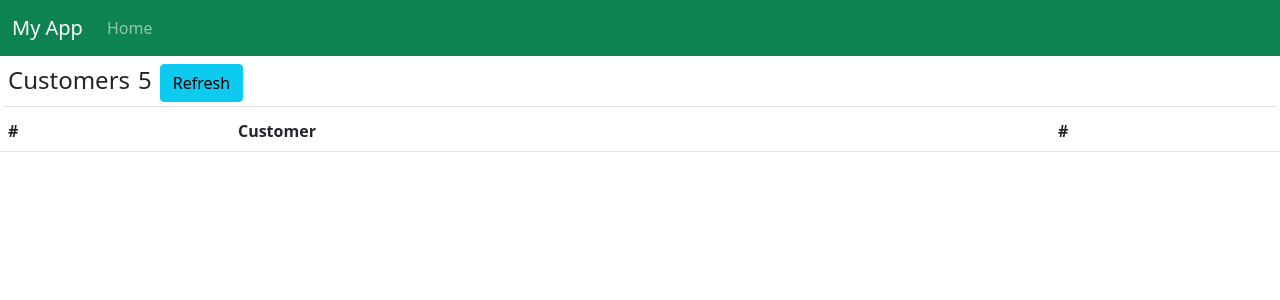
Repository: smit1298/e-commerce
Page: /
These files come from the project's save history. The page is drawn as it stood at one moment and after the next save; the edit follows.
The browser window is 1280 px wide. The pictures show the whole page.
The project was rebuilt for these pictures with package versions that can differ from the ones it lists, and the page was loaded fresh each time.

Above is the page before, as saved 2022-05-10 16:54:57.

### src/index.js
import React from "react";
import ReactDOM from "react-dom";
import "jquery";
import "popper.js/dist/umd/popper";
import "bootstrap/dist/js/bootstrap";
import "bootstrap/dist/css/bootstrap.css";
import "./index.css";
import App from "./App";

ReactDOM.render(<App />, document.getElementById("root"));

### src/index.css
* {
    box-sizing: border-box;
}

.highlight{
    background-color: #80c0b5;
}

.navbar-style{
    background-color: #0c8351 !important;
}

### src/App.jsx
import React, { Component } from "react";
import MainContent from "./MainContent";
import NavBar from "./NavBar";

export default class App extends Component {
  render() {
    return (
      <React.Fragment>
        <NavBar />
        <MainContent />
      </React.Fragment>
    );
  }
}

### src/MainContent.jsx
import React, { Component } from "react";

export default class MainContent extends Component {
  state = {
      pageTitle: "Customers",
       customersCount: 5,
       customers: [
           {id: 1, name:"scot", phone: "123-456"},
           {id: 2, name:"Jones", phone: "789-012"},
           {id: 3, name:"Alen", phone: "345-678"},
           {id: 4, name:"John", phone: "901-234"},
           {id: 5, name:"James", phone: "567-890"}
       ]
     };

  render() {
    return (
      <div>
        <h4 className="border-bottom m-1 p-1">
          {this.state.pageTitle}
          <span className="m-2">{this.state.customersCount}</span>
          <button className="btn btn-info" onClick={this.onRefreshClick}>
            Refresh
          </button>
        </h4>
        <table className="table">
<thead>
    <tr>
        <th>#</th>
        <th>Customer</th>
        <th>#</th>
    </tr>
</thead>
        </table>
      </div>
    );
  }

  //   Executes when the user clicks on refresh button
  onRefreshClick =() =>{
    this.setState({
        customersCount: 7
    });
  }
}

### src/NavBar.jsx
import React, { Component } from "react";

class NavBar extends Component {
  render() {
    return (
      <React.Fragment>
        <nav className="navbar navbar-expand-lg navbar-dark bg-dark navbar-style">
          <div className="container-fluid">
            <a className="navbar-brand" href="/#">
              My App
            </a>
            <button
              className="navbar-toggler"
              type="button"
              data-bs-toggle="collapse"
              data-bs-target="#navbarSupportedContent"
              aria-controls="navbarSupportedContent"
              aria-expanded="false"
              aria-label="Toggle navigation"
            >
              <span className="navbar-toggler-icon"></span>
            </button>

            <div
              className="collapse navbar-collapse"
              id="navbarSupportedContent"
            >
              <ul className="navbar-nav me-auto mb-2 mb-lg-0">
                <li className="nav-item">
                  <a className="nav-link" href="/#">
                    Home
                  </a>
                </li>
              </ul>
            </div>
          </div>
        </nav>
      </React.Fragment>
    );
  }
}

export default NavBar;

Loaded but not shown: public/index.html (common file)

After the next save:
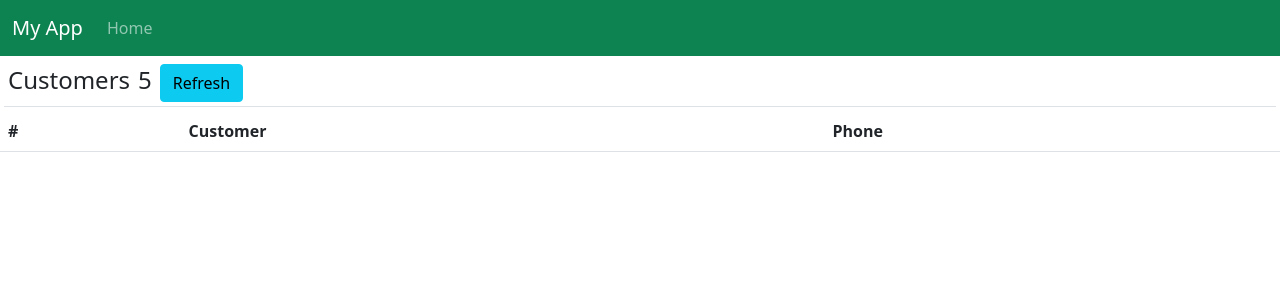
Saved 5 s later.
--- a/src/MainContent.jsx
+++ b/src/MainContent.jsx
@@ -28,7 +28,7 @@ export default class MainContent extends Component {
     <tr>
         <th>#</th>
         <th>Customer</th>
-        <th>#</th>
+        <th>Phone</th>
     </tr>
 </thead>
         </table>
